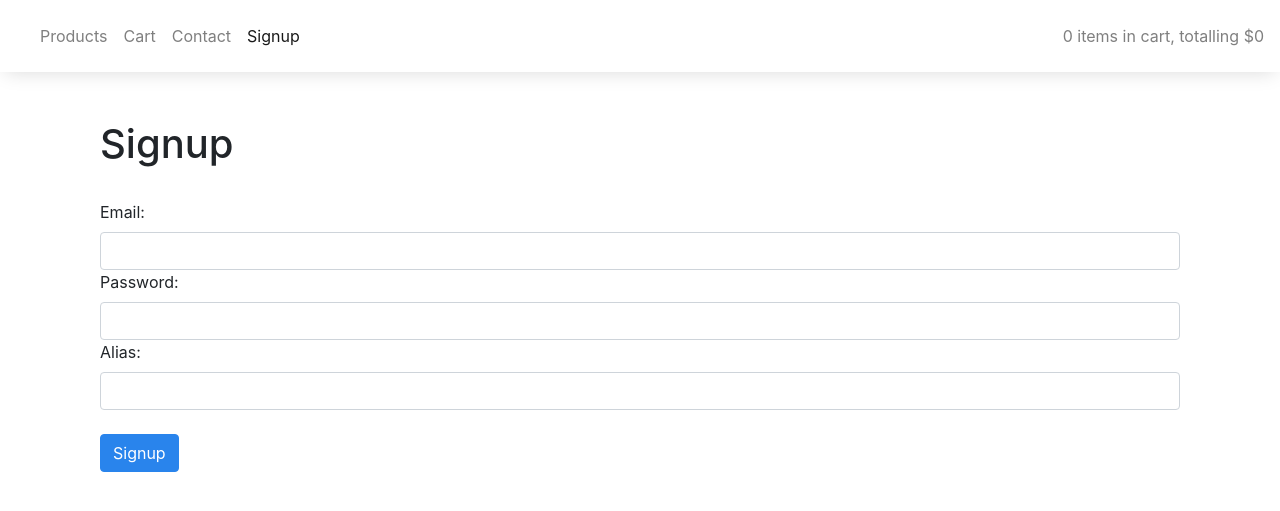
Repository: dayrim/wavecraft
Page: /signup
These files come from the project's save history. The page is drawn as it stood at one moment and after the next save; the edit follows.
The browser window is 1280 px wide. The pictures show the whole page.
The project was rebuilt for these pictures with package versions that can differ from the ones it lists, and the page was loaded fresh each time. Also part of the build but not shown: vue.config.js.

Above is the page before, as saved 2019-04-22 16:13:46.

After the next save:
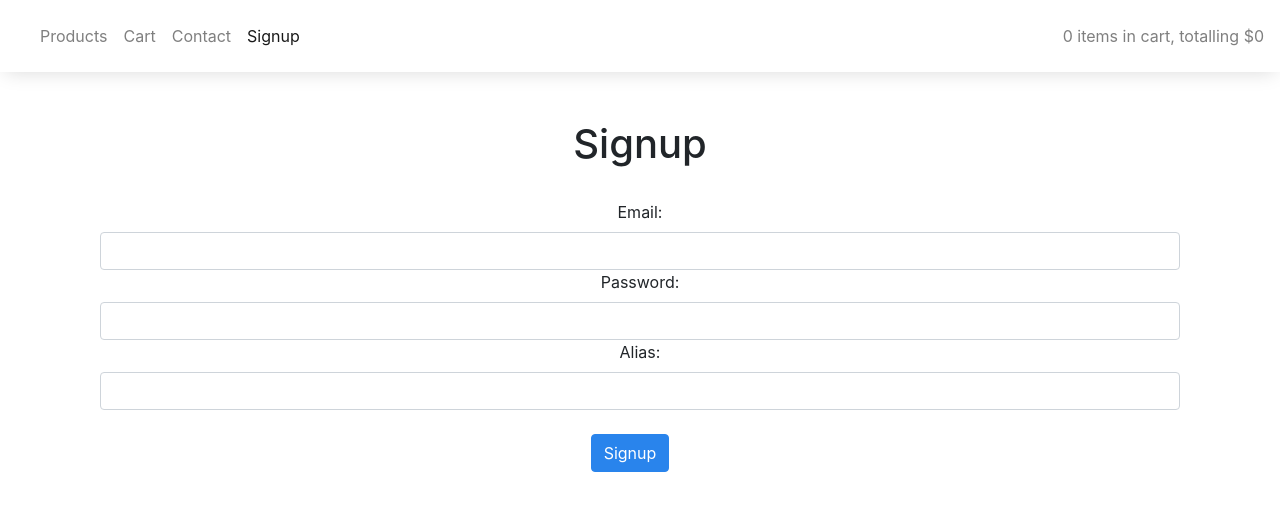
Saved 29 s later.
--- a/src/components/Signup.vue
+++ b/src/components/Signup.vue
@@ -1,5 +1,5 @@
 <template>
-  <b-container>
+  <b-container class="text-center">
     <h1>Signup</h1>
     <br />
     <label for="email">Email:</label>

After the 2 saves that followed:
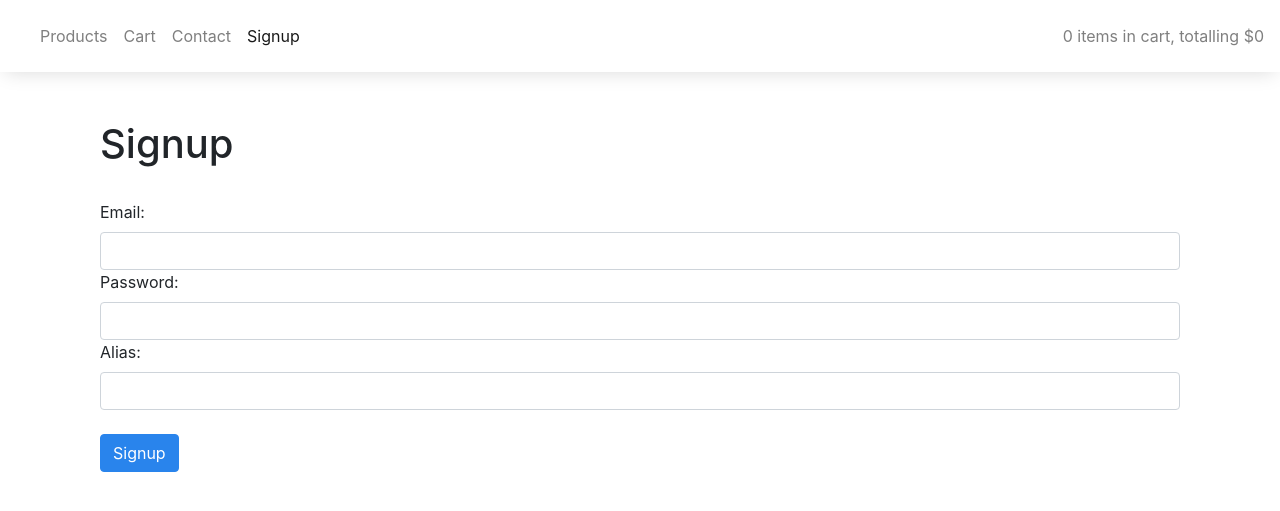
The 2 saves are shown as one change because they came seconds apart.
The last was saved 13 s later.
--- a/src/components/Signup.vue
+++ b/src/components/Signup.vue
@@ -1,5 +1,5 @@
 <template>
-  <b-container class="text-center">
+  <b-container>
     <h1>Signup</h1>
     <br />
     <label for="email">Email:</label>
@@ -9,7 +9,7 @@
     <label for="alias">Alias:</label>
     <b-form-input id="alias" type="text"></b-form-input>
     <br />
-    <b-button variant="primary">Signup</b-button>
+    <b-button class="text-center" variant="primary">Signup</b-button>
   </b-container>
 </template>
 
